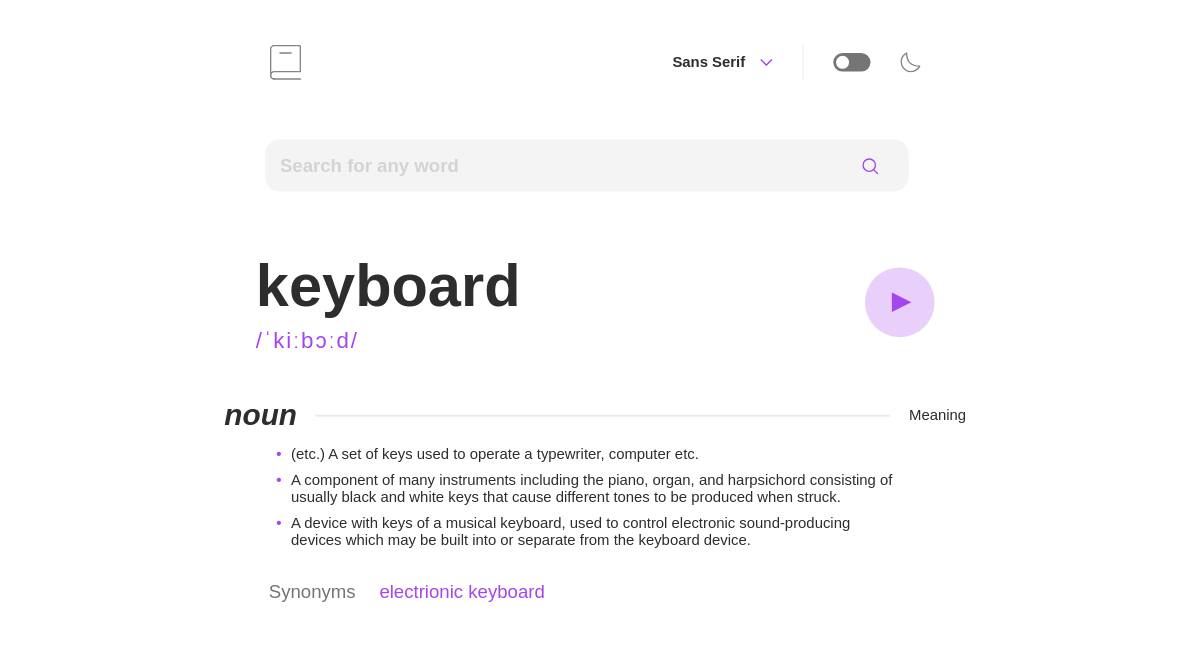
Repository: Arkitecth/dictionary-app
Page: index.html
The author's editor kept a copy of each file at every save. The page is drawn from the files as they stood at one save, then again after the next save.
The browser window is 1280 px wide. The pictures show the whole page, at 93% of full size.

Above is the page before, as saved 2023-07-20 17:01:24.

After the next save:
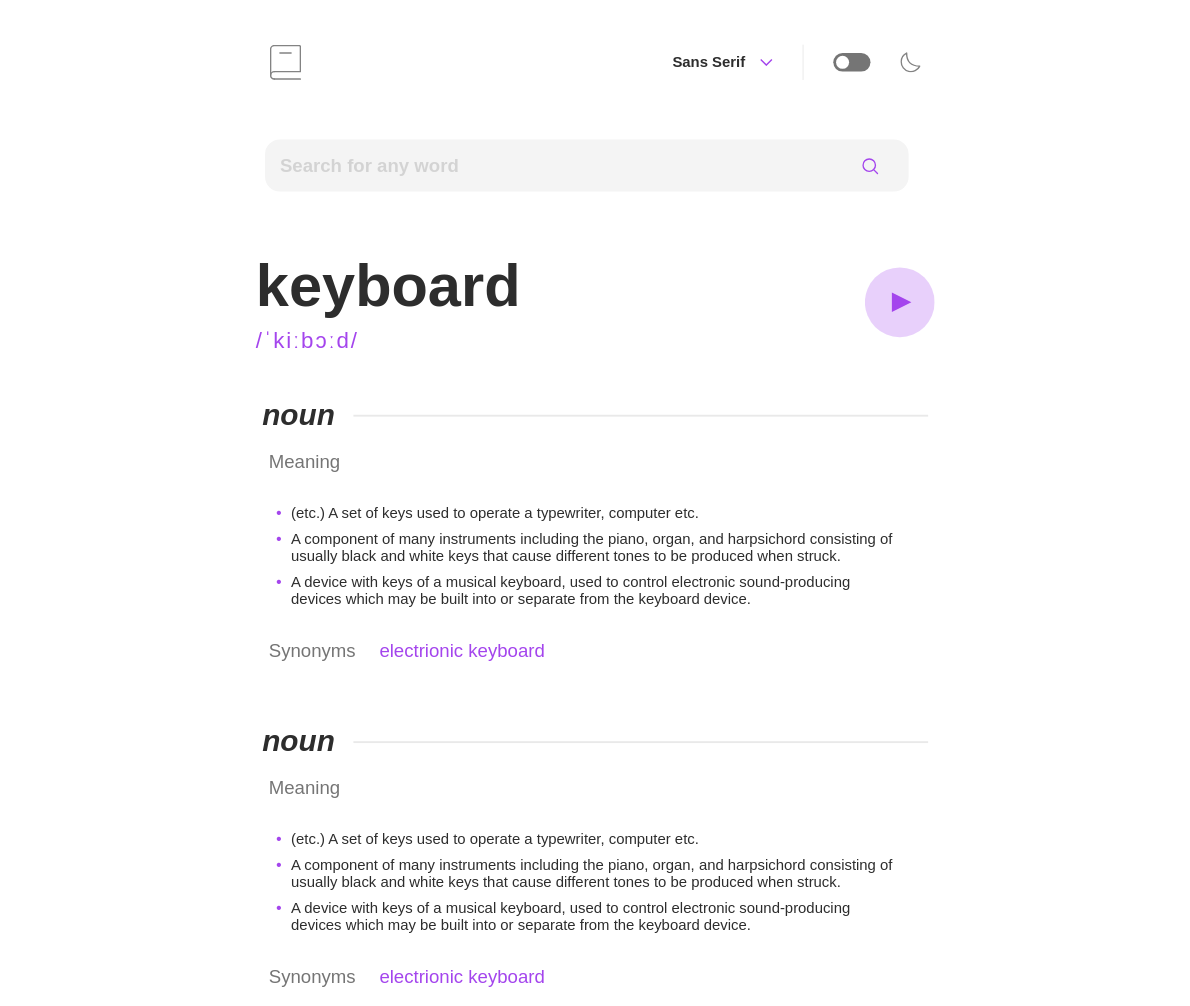
Saved 20 s later.
--- a/index.html
+++ b/index.html
@@ -52,10 +52,10 @@
     <div class="speech-part-group">
       <p class="speech-part">noun</p>
       <div class="grey-rule"></div>
-      <p class="Meaning">Meaning</p>
     </div>
 
     <section class="description">
+      <p>Meaning</p>
       <ul>
         <li>(etc.) A set of keys used to operate a typewriter, computer etc.</li>
         <li>A component of many instruments including the piano, organ, and harpsichord consisting of usually black and white keys that cause different tones to be produced when struck.</li>
@@ -64,7 +64,8 @@
       <p class="synonymn">Synonyms <span>electrionic keyboard</span></p>
 
     </section>
-    <!-- <div class="speech-part-group">
+
+    <div class="speech-part-group">
       <p class="speech-part">noun</p>
       <div class="grey-rule"></div>
     </div>
@@ -79,7 +80,7 @@
       <p class="synonymn">Synonyms <span>electrionic keyboard</span></p>
 
     </section>
-    -->
+
 
 
 
